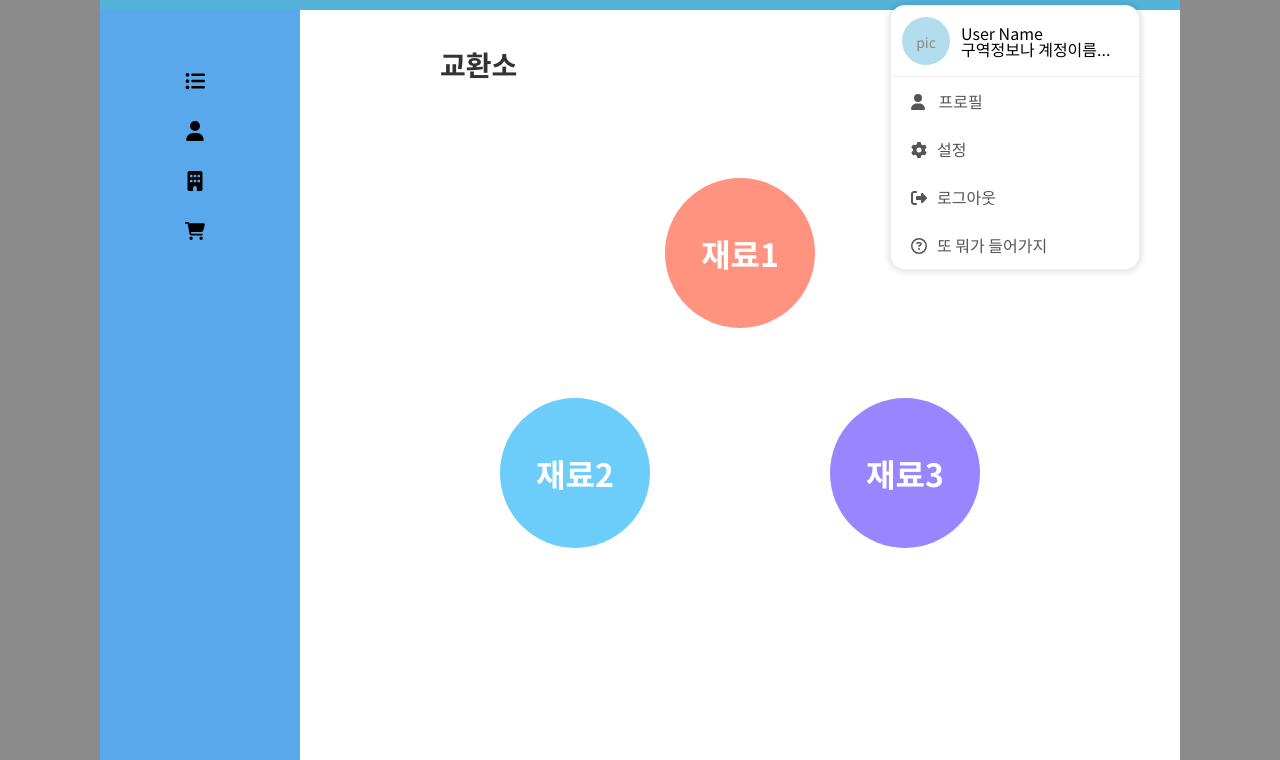
Repository: sunoo-lee/toVillage-old
Page: /#/trade
An editor plug-in stored every save of this project. The page is shown before and after the next save, followed by the edit.
The browser window is 1280 px wide. The pictures show the whole page.
The project was rebuilt for these pictures with package versions that can differ from the ones it lists, and the page was loaded fresh each time. Also part of the build but not shown: src/routes/Auth.js, src/components/Todo.js, src/components/AddForm.js, src/components/Main.js, src/routes/Home.js, src/components/MyProfile.js, src/routes/Profile.js, src/components/Area.module.css and 2 more.

Above is the page before, as saved 2022-10-13 04:36:57.

### src/components/App.js
import React, { useState } from "react";
import AppRouter from "./Router";

function App() {
  const [isLoggedIn, setIsLoggedIn] = useState(true);
  const onClick = () => {
    setIsLoggedIn(!isLoggedIn);
  };

  const [isDropdown, setIsDropdown] = useState(true);
  const [isNav, setIsNav] = useState(true);
  const toggleDropdown = () => {
    setIsDropdown(!isDropdown);
    console.log("dropdown: " + isDropdown);
  };
  const toggleNav = () => {
    setIsNav(!isNav);
    console.log("Nav: " + isNav);
  };
  return (
    <>
      <AppRouter
        toggleDropdown={toggleDropdown}
        isDropdown={isDropdown}
        toggleNav={toggleNav}
        isNav={isNav}
        onClick={onClick}
        isLoggedIn={isLoggedIn}
      />
    </>
  );
}

export default App;

### src/style.css
@import url("https://fonts.googleapis.com/css2?family=Noto+Sans+KR:wght@400;500;700&display=swap");

* {
  box-sizing: border-box;
}

html,
body {
  padding: 0;
  margin: 0;
  font-family: "Noto Sans KR", -apple-system, BlinkMacSystemFont, Segoe UI,
    Roboto, Oxygen, Ubuntu, Cantarell, Fira Sans, Droid Sans, Helvetica Neue,
    sans-serif;
}

body {
  display: flex;
  justify-content: center;
  align-items: center;
  height: 800px;
  width: 1080px;
  margin: auto;
  height: 100vh;
  background-color: #9dbac7;
  background-color: #8b8b8b;
}

.container {
  background-color: aliceblue;
  background-color: #ffffff;
  min-width: 600px;
  width: 1080px;
  height: 800px;
  padding-left: 200px;
  padding-top: 50px;
  display: flex;
  justify-content: center;
}

### src/components/Router.js
import { HashRouter as Router, Routes, Route } from "react-router-dom";
import Auth from "../routes/Auth";
import Home from "../routes/Home";
import Profile from "../routes/Profile";
import Building from "../routes/Building";
import Trade from "../routes/Trade";
import Header from "./Header";
import Navigation from "./Navigation";

const AppRouter = ({
  toggleDropdown,
  isDropdown,
  toggleNav,
  isNav,
  onClick,
  isLoggedIn,
}) => {
  return (
    <Router>
      {isLoggedIn}
      <Header
        toggleDropdown={toggleDropdown}
        isDropdown={isDropdown}
        toggleNav={toggleNav}
      />
      <Navigation isNav={isNav} />
      <Routes>
        {isLoggedIn ? (
          <>
            <Route
              exact
              path="/"
              element={<Home onClick={onClick} isLoggedIn={isLoggedIn} />}
            />
            <Route path="/profile" element={<Profile />} />
            <Route path="/building" element={<Building />} />
            <Route path="/trade" element={<Trade />} />
          </>
        ) : (
          <>
            <Route exact path="/" element={<Auth />} />
          </>
        )}
      </Routes>
    </Router>
  );
};

export default AppRouter;

### src/routes/Trade.js
import React from "react";
import TradingShop from "../components/TradingShop";

const Trade = () => {
  return (
    <>
      <div className={"container"}>
        <TradingShop />
      </div>
    </>
  );
};

export default Trade;

### src/components/Header.js
import { React, useState } from "react";
import styles from "./Header.module.css";
import { FontAwesomeIcon } from "@fortawesome/react-fontawesome";
import { faBars, faUser } from "@fortawesome/free-solid-svg-icons";
import Dropdown from "./Dropdown";

const Header = ({ toggleDropdown, isDropdown, toggleNav }) => {
  return (
    <header id={styles.header}>
      <div className={styles.container}>
        <div className={styles.header_left}>
          <button onClick={toggleNav} className={styles.toggle_btn}>
            <FontAwesomeIcon icon={faBars} />
          </button>
        </div>
        <div className={styles.header_center}>
          {/* {new Date().getFullYear()}/{new Date().getMonth() + 1}/
        {new Date().getDate()} */}
        </div>
        <div className={styles.header_right}>
          <button onClick={toggleDropdown}>
            <FontAwesomeIcon icon={faUser} />
          </button>
          {isDropdown ? <Dropdown /> : <></>}
        </div>
      </div>
    </header>
  );
};

export default Header;

### src/components/Navigation.js
import { React } from "react";
import { Link } from "react-router-dom";
// import MiniProfile from "./MiniProfile";
import styles from "./Navigation.module.css";
import { FontAwesomeIcon } from "@fortawesome/react-fontawesome";
import {
  faUser,
  faBuilding,
  faCartShopping,
  faListUl,
} from "@fortawesome/free-solid-svg-icons";

const Navigation = ({ isNav }) => {
  if (isNav) {
  }
  return (
    <nav className={isNav ? `${styles.nav} ${styles.nav_active}` : styles.nav}>
      {/* <MiniProfile /> */}
      <div className={styles.container}>
        <ul>
          <li>
            <Link to="/">
              <FontAwesomeIcon icon={faListUl} />
              <span>오늘 할 일</span>
            </Link>
          </li>
          <li>
            <Link to="/profile">
              <FontAwesomeIcon icon={faUser} />
              <span>프로필</span>
            </Link>
          </li>
          <li>
            <Link to="/building">
              <FontAwesomeIcon icon={faBuilding} />
              <span>건물</span>
            </Link>
          </li>
          <li>
            <Link to="/trade">
              <FontAwesomeIcon icon={faCartShopping} />
              <span>교환소</span>
            </Link>
          </li>
        </ul>
        {/* <button onClick={onClick}>SIGN OUT</button> */}
      </div>
    </nav>
  );
};

export default Navigation;

### src/components/TradingShop.js
import React from "react";
import styles from "./TradingShop.module.css";
const TradingShop = () => {
  return (
    <div className={styles.container}>
      <h1>
        <span className={styles.title}>교환소</span>
      </h1>
      <div className={styles.table}>
        <ul>
          <li>
            <div className={`${styles.materials} ${styles.material_1}`}>
              재료1
            </div>
          </li>
          <li>
            <div className={`${styles.materials} ${styles.material_2}`}>
              재료2
            </div>
          </li>
          <li>
            <div className={`${styles.materials} ${styles.material_3}`}>
              재료3
            </div>
          </li>
        </ul>
      </div>
    </div>
  );
};

export default TradingShop;

### src/components/Header.module.css
:root {
  --theme_color: #55b3d9;
}

#header {
  position: absolute;
  width: 1080px;
  z-index: 100;
}

.container {
  background-color: #bce5f5;
  background-color: var(--theme_color);
  width: 100%;
  height: 50px;
  display: flex;
  justify-content: space-between;
  align-items: center;
  padding: 0 40px;
}
.header_left .toggle_btn {
  width: 30px;
  height: 30px;
  border: none;
  outline: none;
  border-radius: 50%;
  background-color: whitesmoke;
  background-color: transparent;
  color: #ffffff;
  cursor: pointer;
  font-size: 1.3rem;
}
.header_center {
  font-weight: 700;
  font-size: 1.4em;
}

.header_right button {
  width: 30px;
  height: 30px;
  border: none;
  outline: none;
  border-radius: 50%;
  background-color: whitesmoke;
  cursor: pointer;
  text-align: center;
  color: var(--theme_color);
}

### src/components/Dropdown.js
import React from "react";
import styles from "./MyProfile.module.css";
import { FontAwesomeIcon } from "@fortawesome/react-fontawesome";
import {
  faUser,
  faGear,
  faRightFromBracket,
} from "@fortawesome/free-solid-svg-icons";
import { faCircleQuestion } from "@fortawesome/free-regular-svg-icons";

const Dropdown = () => (
  <div className={styles.card}>
    <div className={styles.userBx}>
      <div className={styles.imgbx}>pic</div>
      <div className={styles.userinfo}>
        <p>User Name</p>
        <p>구역정보나 계정이름...</p>
      </div>
    </div>
    <ul className={styles.menu}>
      <li>
        <FontAwesomeIcon icon={faUser} /> <span>프로필</span>
      </li>
      <li>
        <FontAwesomeIcon icon={faGear} />
        <span>설정</span>
      </li>
      <li>
        <FontAwesomeIcon icon={faRightFromBracket} />
        <span>로그아웃</span>
      </li>
      <li>
        <FontAwesomeIcon icon={faCircleQuestion} />
        <span>또 뭐가 들어가지</span>
      </li>
    </ul>
  </div>
);

export default Dropdown;

### src/components/Navigation.module.css
.nav {
  width: 200px;
  height: 800px;
  position: absolute;
  z-index: 50;
  padding-top: 50px;
  background-color: #eeeeee;
  display: flex;
  align-items: center;
  flex-direction: column;
  padding: 60px 10px 10px;
}

.nav_active {
  background-color: #58a8eb;
  /* width: 100px; */
}
.nav_active .container ul li span {
  display: none;
  color: tomato;
}

.container {
  position: relative;
  margin-top: 10px;
  width: 100%;
  border-radius: 20px;
  padding: 20px 0;
  display: flex;
  flex-direction: column;
  align-items: center;
}
.container ul {
  text-align: left;
}
.container ul li {
  padding: 0 20px;
  height: 40px;
  border-radius: 25px;
  margin: 10px 0;
  transition: 0.2s;
}
.container ul li:hover {
  background-color: var(--theme_color);
}
.container ul li a {
  font-size: 20px;
  color: #696969;
  color: #000000;
  font-weight: 500;
  text-decoration: none;
  line-height: 40px;
}

.container ul li a svg {
  width: 20px;
  margin-right: 10px;
}

.container button {
  position: absolute;
  bottom: 20px;
  padding: 7px 10px;
  border-radius: 5px;
  border: none;
  outline: none;
  font-size: 1em;
  font-weight: 700;
  background-color: #58a8eb;
  color: #ffffff;
  cursor: pointer;
}

### src/components/Main.module.css
:root {
  --theme_color: #55b3d9;
}

.container {
  margin-top: 40px;
  width: 600px;
}

.container h1 {
  margin-bottom: 20px;
}

.title {
  font-size: 28px;
  font-weight: 700;
  color: #333333;
}

.list {
  width: 600px;
  /* margin: 20px 0; */
}

.list .item {
  background-color: #ffffff;
  padding: 5px 0;
  line-height: 28px;
  display: flex;
  align-items: center;
  justify-content: space-between;
  border-bottom: 1px solid #c7c7c7;
}

.list .item:first-child {
  border-top: 1px solid #c7c7c7;
}

.list .item input[type="checkbox"] {
  width: 20px;
  height: 20px;
  border-radius: 50px;
  border: 1px solid #999999;
  appearance: none;
  margin-right: 10px;
}
.list .item input[type="checkbox"]:hover {
  background-color: #b3dcec;
}
.list .item input[type="checkbox"]:checked {
  background: var(--theme_color);
  border: none;
}
.list .item div {
  margin: auto 0;
  display: flex;
}
.list .item div button {
  border-radius: 50%;
  border: none;
  margin: auto 3px;
  height: 24px;
  width: 24px;
  box-shadow: 0 0 3px 0 #00000088;
  background-color: #ffffff;
  color: #333333;
}

.add_form {
  position: relative;
}

.add_form .list_input {
  margin: 5px 0;
  width: 600px;
  font-size: 16px;
  padding: 7px 15px;
  border: 1px solid #c7c7c7;
  border-radius: 5px;
}

.add_form .list_input:focus {
  outline: none;
  border: 1px solid var(--theme_color);
}

.add_form .add_btn {
  display: block;
  position: absolute;
  right: 0;
  font-size: 14px;
  background-color: var(--theme_color);
  border: 1px solid var(--theme_color);
  /* border: none; */
  border-radius: 5px;
  padding: 5px 10px;
  color: #ffffff;
  font-weight: 700;
  cursor: pointer;
}

### src/components/MyProfile.module.css
:root {
  --border_option: 1px solid #666666;
  /* --border_option: none; */
  --shadow_option: 0 0 5px 1px #00000088;
  --theme_color: #55b3d9;
}
.container {
  display: flex;
  flex-direction: column;
  justify-content: flex-start;
  align-items: center;
  padding: 60px;
}

.pic {
  width: 200px;
  height: 200px;
  background-color: #ffffff;
  border-radius: 50%;
  box-shadow: 0 15px 50px #00000041;
  line-height: 200px;
  text-align: center;
  font-size: 20px;
  color: #888888;
  font-weight: 700;
  margin-bottom: 30px;
}
.nickname {
  color: #666666;
  font-size: 36px;
  font-weight: 700;
  margin-bottom: 20px;
}
.area {
  font-size: 26px;
  font-weight: 700;
  color: #888888;
}
.materials {
  display: flex;
  margin: 40px 0;
}
.materials li {
  margin: 0 10px;
}
.materials div {
  width: 80px;
  height: 80px;
  background-color: #ffffff;
  border-radius: 50%;
  line-height: 80px;
  text-align: center;
  margin-bottom: 10px;
  color: #666666;
  border-radius: 50%;
  background-color: #55b4d975;
  font-size: 1.2em;
  color: #999999;
}
.materials span {
  display: block;
  width: 80px;
  text-align: center;
  font-size: 1.6em;
  color: #555555;
  line-height: 1.2em;
  font-weight: 600;
}
.box_btn {
  border-radius: 5px;
  padding: 16px 20px;
  border: none;
  outline: none;
  font-size: 1.4em;
  font-weight: 700;
  background-color: var(--theme_color);
  color: #ffffff;
  cursor: pointer;
}

/* ----------------------mini profile-------------------------- */

.card {
  position: absolute;
  width: 250px;
  height: 265px;
  background-color: #ffffff;
  border-radius: 15px;
  box-shadow: 0 0 5px 3px #00000015;
  border: 1px solid #00000011;
  overflow: hidden;
  right: 40px;
  top: 45px;
}
.userBx {
  position: relative;
  display: flex;
  align-items: center;
  padding: 10px;
}

.imgbx {
  border: 1px solid #ffffff;
  position: relative;
  width: 50px;
  height: 50px;
  background-color: #b3dcec;
  border-radius: 50%;
  font-size: 14px;
  text-align: center;
  color: #888888;
  line-height: 50px;
  margin-right: 10px;
}

.menu {
  position: absolute;
  width: 100%;
  height: auto;
  border-top: 1px solid #00000011;
}
.menu li {
  padding: 0 20px;
  color: #555555;
  cursor: pointer;
}
.menu li:hover {
  background-color: #c9dee6;
}
.menu li span {
  display: inline-block;
  margin: 16px 10px;
}

### src/components/TradingShop.module.css
.container {
  margin-top: 40px;
  width: 600px;
}

.container h1 {
  margin-bottom: 20px;
}

.container h1 .title {
  position: relative;
  font-size: 28px;
  font-weight: 700;
  color: #333333;
}

.container .table ul li {
  position: relative;
}

.container .table .materials {
  width: 150px;
  height: 150px;
  color: #333333;
  font-size: 32px;
  font-weight: 700;
  color: #ffffff;
  border: none;
  border-radius: 50%;
  text-align: center;
  line-height: 150px;
  position: absolute;
}

.container .table .material_1 {
  background-color: #ff9380;
  left: 50%;
  top: 80px;
  transform: translateX(-50%);
}
.container .table .material_2 {
  background-color: #6ccdfa;
  top: 300px;
  left: 10%;
}
.container .table .material_3 {
  background-color: #9885ff;
  top: 300px;
  right: 10%;
}

Loaded but not shown: public/index.html (common file); src/index.js (common file); src/reset.css (common file)

After the next save:
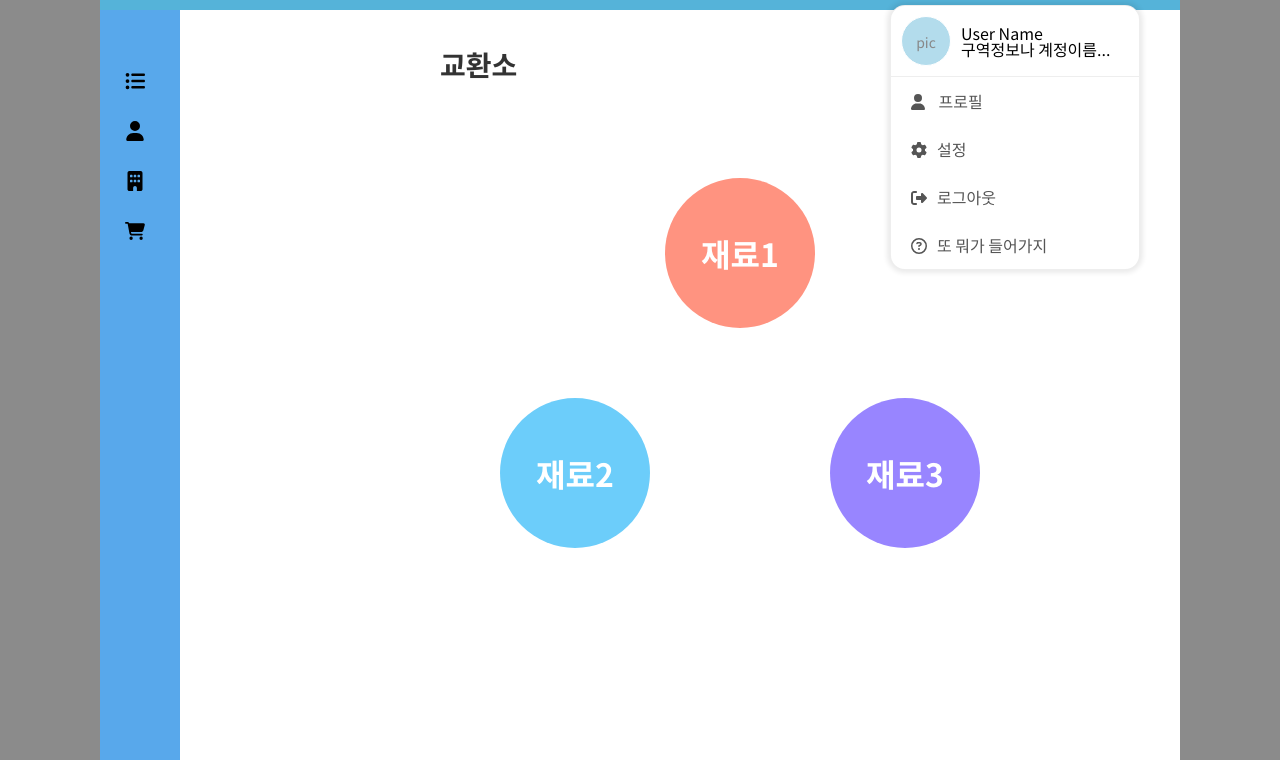
Saved 12 s later.
--- a/src/components/Navigation.module.css
+++ b/src/components/Navigation.module.css
@@ -13,7 +13,7 @@
 
 .nav_active {
   background-color: #58a8eb;
-  /* width: 100px; */
+  width: 80px;
 }
 .nav_active .container ul li span {
   display: none;
